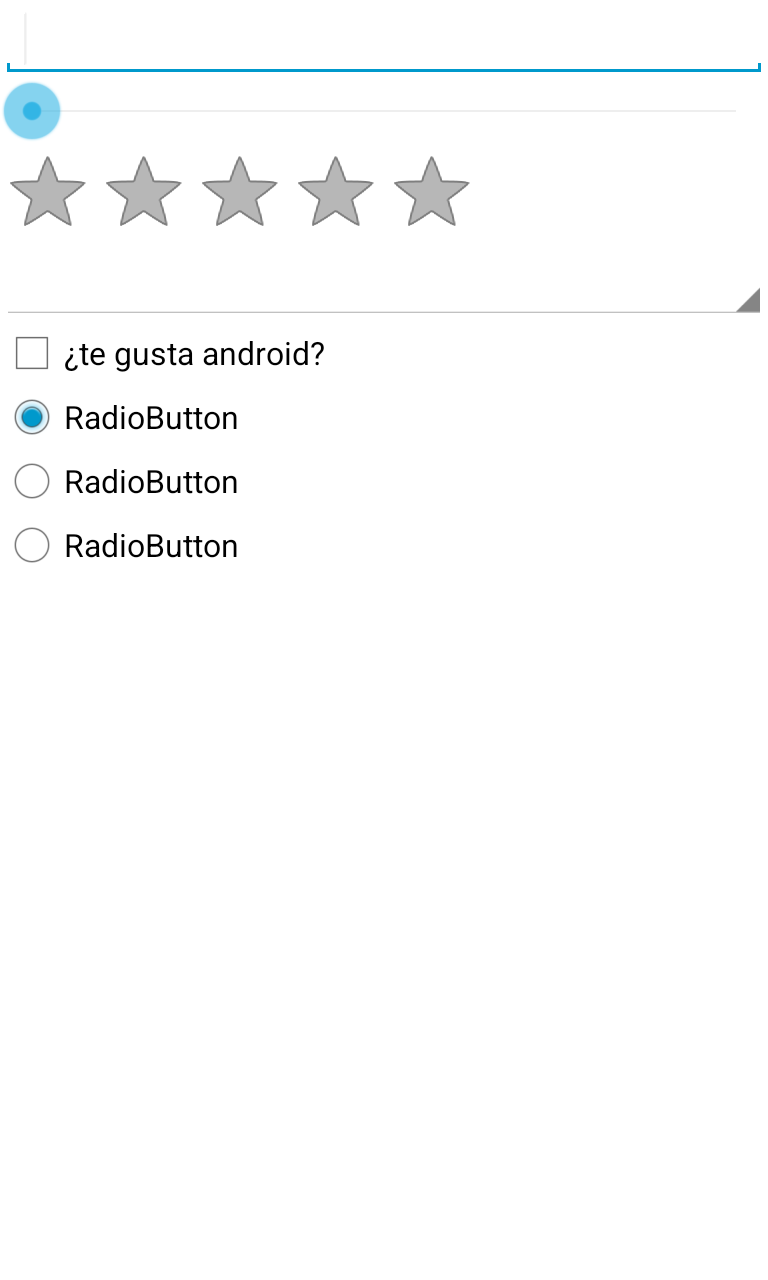
Repository: Kenwal/DemosS1
Layout: Demo4/res/layout/input_controls_content.xml
An editor plug-in stored every save of this project. The layout is shown before and after the next save, followed by the edit.
It is drawn on a 768 x 1280 px phone screen (xhdpi) without system bars, with theme AppTheme; the app's code is not run.

Above is the layout before, as saved 2014-01-23 15:58:10.

### Demo4/res/layout/input_controls_content.xml
<?xml version="1.0" encoding="utf-8"?>
<LinearLayout xmlns:android="http://schemas.android.com/apk/res/android"
    android:layout_width="match_parent"
    android:layout_height="match_parent"
    android:orientation="vertical" >

    <EditText
        android:id="@+id/editText1"
        android:layout_width="match_parent"
        android:layout_height="wrap_content"
        android:ems="10"
        android:inputType="textMultiLine" >

        <requestFocus />
    </EditText>

    <SeekBar
        android:id="@+id/seekBar1"
        android:layout_width="match_parent"
        android:layout_height="wrap_content" />

    <RatingBar
        android:id="@+id/ratingBar1"
        android:layout_width="wrap_content"
        android:layout_height="wrap_content" />

    <Spinner
        android:id="@+id/spinner1"
        android:layout_width="match_parent"
        android:layout_height="wrap_content" />

    <CheckBox
        android:id="@+id/checkBox1"
        android:layout_width="wrap_content"
        android:layout_height="wrap_content"
        android:text="@string/txt_checkbox" />

    <RadioGroup
        android:id="@+id/radioGroup1"
        android:layout_width="wrap_content"
        android:layout_height="wrap_content" >

        <RadioButton
            android:id="@+id/radio0"
            android:layout_width="wrap_content"
            android:layout_height="wrap_content"
            android:checked="true"
            android:text="RadioButton" />

        <RadioButton
            android:id="@+id/radio1"
            android:layout_width="wrap_content"
            android:layout_height="wrap_content"
            android:text="RadioButton" />

        <RadioButton
            android:id="@+id/radio2"
            android:layout_width="wrap_content"
            android:layout_height="wrap_content"
            android:text="RadioButton" />
    </RadioGroup>

</LinearLayout>

### Demo4/res/values/strings.xml
<?xml version="1.0" encoding="utf-8"?>
<resources>

    <string name="app_name">Demo 4</string>
    <string name="action_settings">Settings</string>
    <string name="hello_world">Hola Android!</string>
    <string name="btn_search">Buscar</string>
    <string name="btn_open_activity">Abrir otra actividad</string>
    <string name="btn_list">Listado</string>
    <string name="txt_checkbox">¿te gusta android?</string>
    <string name="txt_radio_0">Opción A</string>
    <string name="txt_radio_1">Opción B</string>
    <string name="txt_radio_2">Opción C</string>
    <string name="title_activity_show_search_query">ShowSearchQueryActivity</string>

</resources>

Loaded but not shown: Demo4/res/values/styles.xml (common file); Demo4/res/values-v11/styles.xml (common file); Demo4/res/values-v14/styles.xml (common file)

After the next save:
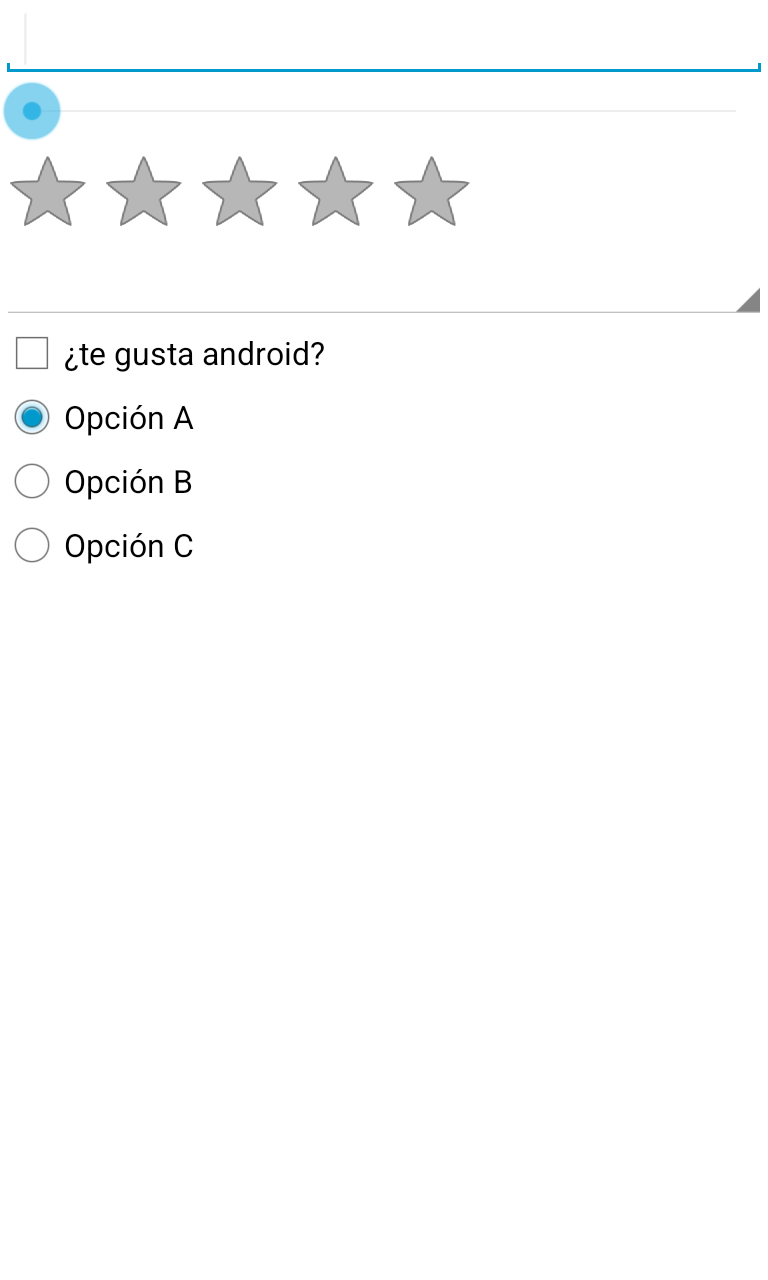
Saved 21 s later.
--- a/Demo4/res/layout/input_controls_content.xml
+++ b/Demo4/res/layout/input_controls_content.xml
@@ -45,19 +45,19 @@
             android:layout_width="wrap_content"
             android:layout_height="wrap_content"
             android:checked="true"
-            android:text="RadioButton" />
+            android:text="@string/txt_radio_0" />
 
         <RadioButton
             android:id="@+id/radio1"
             android:layout_width="wrap_content"
             android:layout_height="wrap_content"
-            android:text="RadioButton" />
+            android:text="@string/txt_radio_1" />
 
         <RadioButton
             android:id="@+id/radio2"
             android:layout_width="wrap_content"
             android:layout_height="wrap_content"
-            android:text="RadioButton" />
+            android:text="@string/txt_radio_2" />
     </RadioGroup>
 
 </LinearLayout>
